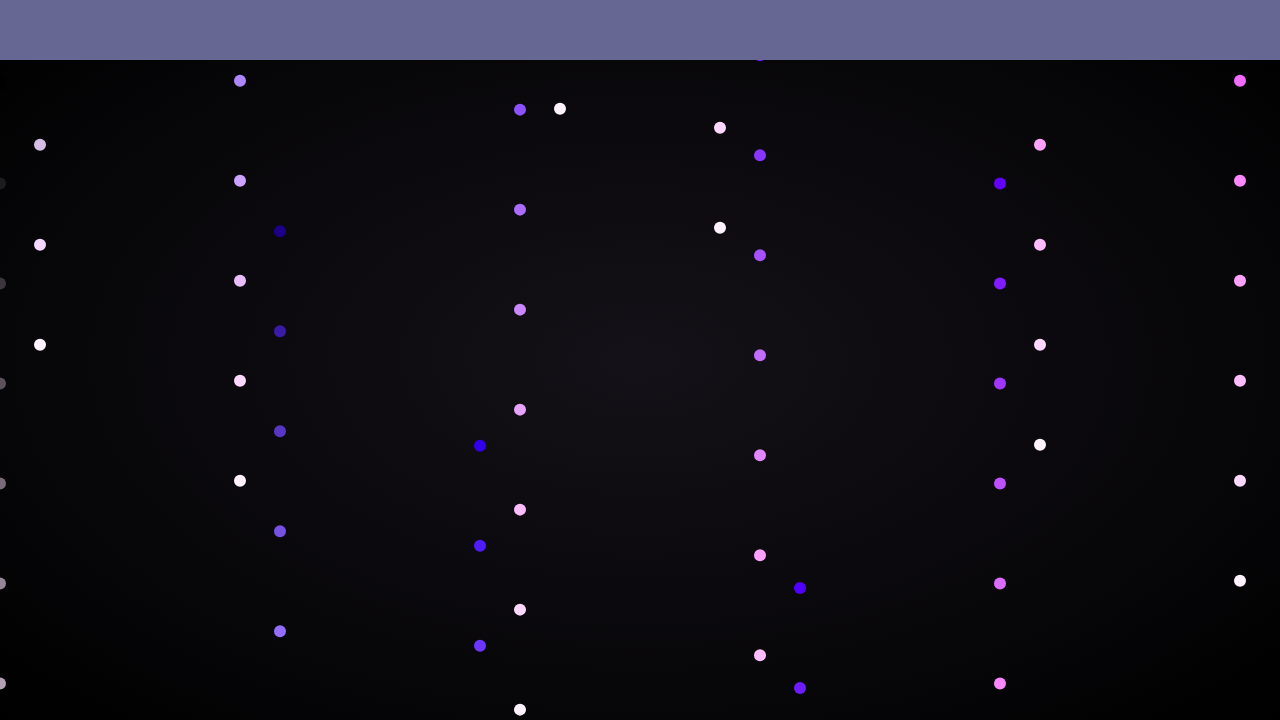
Repository: Iban-del/ProjetBacIban
Page: index.html
The author's editor kept a copy of each file at every save. The page is drawn from the files as they stood at one save, then again after the next save.
The browser window is 1280 px wide. The pictures show the whole page.

Above is the page before, as saved 2025-02-19 19:13:29.

After the next save:
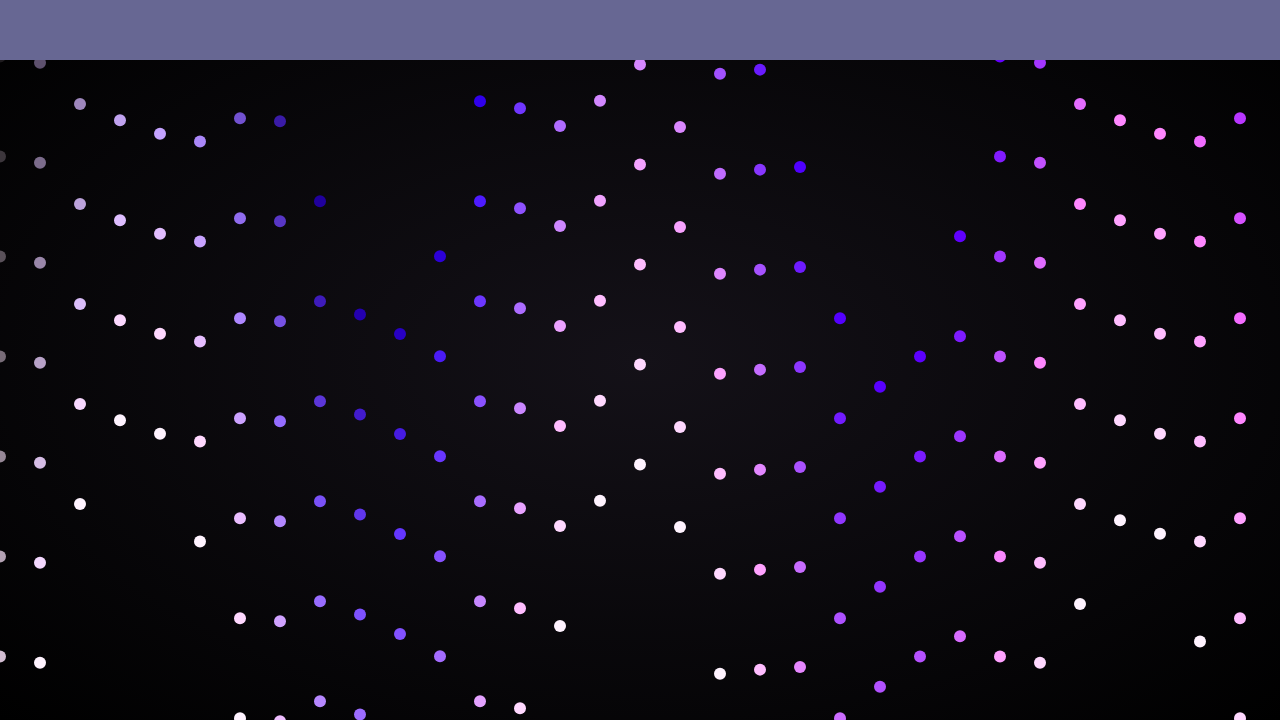
Saved 30 s later.
--- a/js/background.js
+++ b/js/background.js
@@ -128,7 +128,7 @@ function init(){
         const ctx = canvas.getContext('2d');
 
         canvasStyle(canvas);
-        animateBackground(ctx,canvas,1000)
+        animateBackground(ctx,canvas,100)
 
     }
 }
